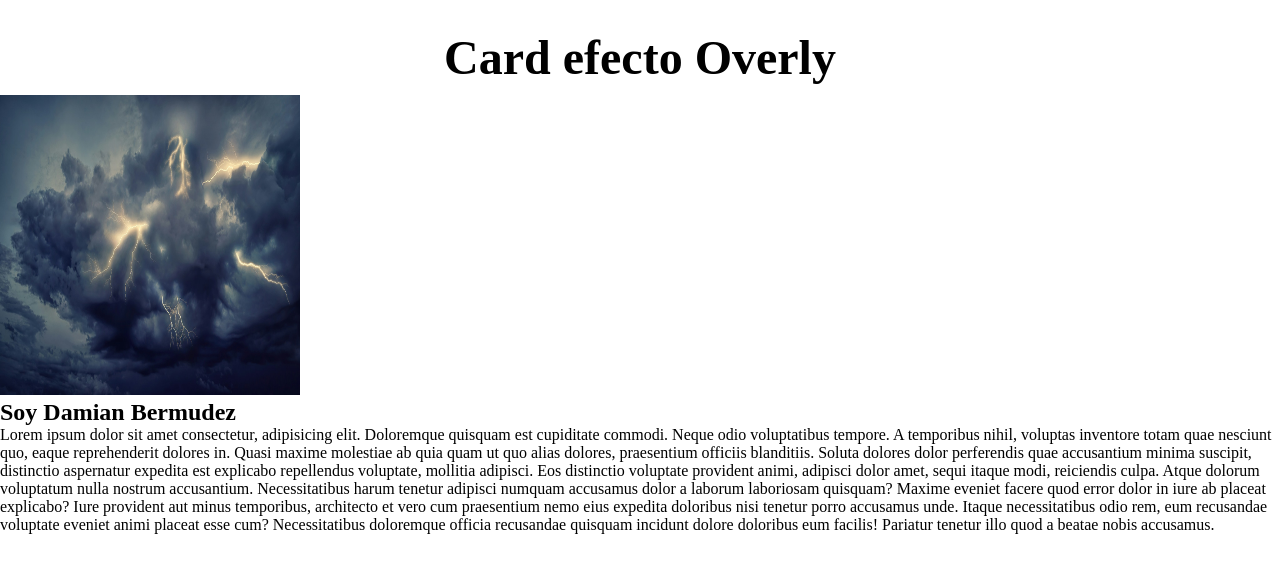
Repository: DamianBermudez94/curso-css3
Page: cardOverly.html
These files come from the project's save history. The page is drawn as it stood at one moment and after the next save; the edit follows.
The browser window is 1280 px wide. The pictures show the whole page.

Above is the page before, as saved 2024-06-20 14:24:30.

After the next save:
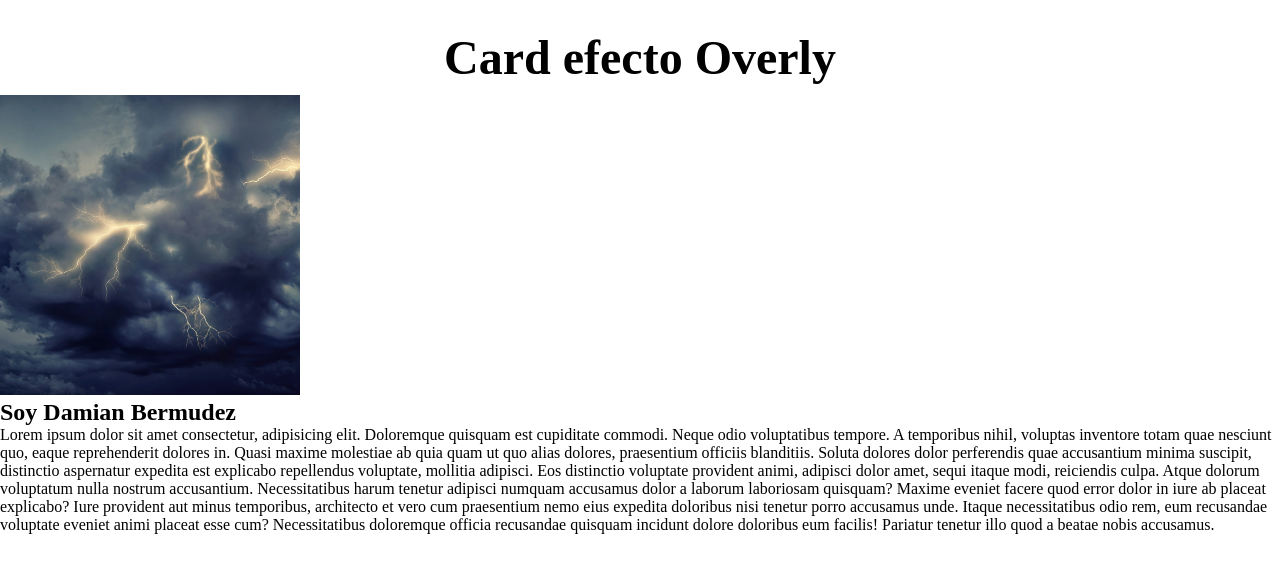
Saved 7 s later.
--- a/cardOverly/estilos.css
+++ b/cardOverly/estilos.css
@@ -21,4 +21,5 @@ h1{
 .container-card figure img{
     width: 300px;
     height: 300px;
+    object-fit: cover;
 }
